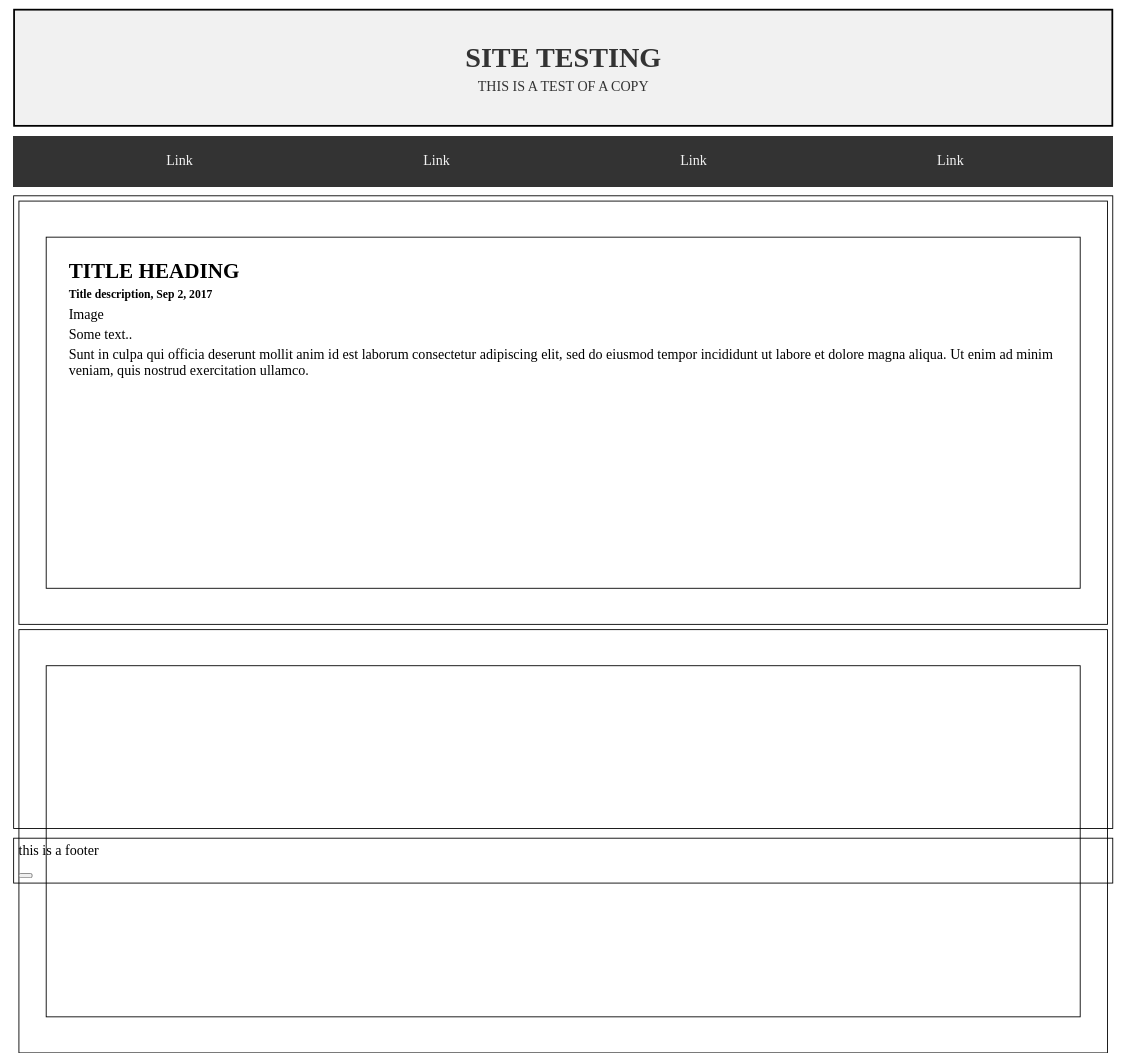
Repository: Larrowo/LPPA-2
Page: Clase 6/index.html
An editor plug-in stored every save of this project. The page is shown before and after the next save, followed by the edit.
The browser window is 1280 px wide. The pictures show the whole page, at 88% of full size.

Above is the page before, as saved 2022-05-30 14:09:48.

### Clase 6/index.html
<!DOCTYPE html>
<html lang="en">
  <head>
    <meta charset="UTF-8" />
    <meta http-equiv="X-UA-Compatible" content="IE=edge" />
    <meta name="viewport" content="width=device-width, initial-scale=1.0" />
    <title>Document</title>
    <link rel="stylesheet" href="/Clase 6/style.css" />
    <link rel="stylesheet" href="/Clase 6/mediaQrys.css" />
  </head>
  <body>
    <header class="siteHeader">
      <h1>SITE TESTING</h1>
      <p>THIS IS A TEST OF A COPY</p>
    </header>
    <nav class="navBar">
      <ul class="list">
        <li class="navItem"><a href="#">Link</a></li>
        <li class="navItem"><a href="#">Link</a></li>
        <li class="navItem"><a href="#">Link</a></li>
        <li class="navItem"><a href="#">Link</a></li>
      </ul>
    </nav>
    <div class="contentContainer">
      <div class="generalContainer">
          <article class="card">
            <h2>TITLE HEADING</h2>
            <h5>Title description, Sep 2, 2017</h5>
            <div class="fakeimg hidden">Image</div>
            <p>Some text..</p>
            <p>Sunt in culpa qui officia deserunt mollit anim id est laborum consectetur adipiscing elit, sed do eiusmod tempor incididunt ut labore et dolore magna aliqua. Ut enim ad minim veniam, quis nostrud exercitation ullamco.</p>
          </article>
      </div>
      <div class="deportesContainer">
          <article class="card"></article>
      </div>
      <div class="policialesContainer"></div>
      <div class="politicaContainer"></div>
    </div>
    <footer>
        <p>this is a footer</p>
        <button></button>
    </footer>
  </body>
</html>

### Clase 6/style.css
* {
  margin: 5px;
  box-sizing: border-box;
}

html,
body {
  height: 100%;
}

/* Site header */

.siteHeader {
  padding: 30px;
  text-align: center;
  color: #333;
  background-color: #f1f1f1;
  border: 2px solid black;
  margin-bottom: 10px;
}

.siteheader h1 {
  font-size: 50px;
}

/* navBar */

nav {
  background-color: #333;
  margin-bottom: 10px;
}

.navBar {
  position: sticky;
  top: 0;
}
.navItem {
  margin: 0px;
  display: inline-block;
  padding: 20px 0;
  width: 24%;
  text-align: center;
}

.navItem > a {
  text-decoration: none;
  color: #f2f2f2;
}

.navItem a:hover {
  color: aqua;
}

/* Contenido */

.card {
  border: 1px solid black;
  padding: 20px;
  margin: 20px 10px;
  height: 400px;
  width: 100%;
}

.contentContainer {
  border: 1px solid black;
  height: 100%;
  margin-bottom: 10px;
}

.generalContainer{
    border: 1px solid black;
    padding:20px;
    display: flex;
    justify-content: center;
}

.deportesContainer{
    border: 1px solid black;
    padding:20px;
    display: flex;
    justify-content: center;
}

/* Footer */

footer {
  border: 1px solid black;
}

Loaded but not shown: Clase 6/mediaQrys.css (no stored copy; drawn as an empty file)

After the next save:
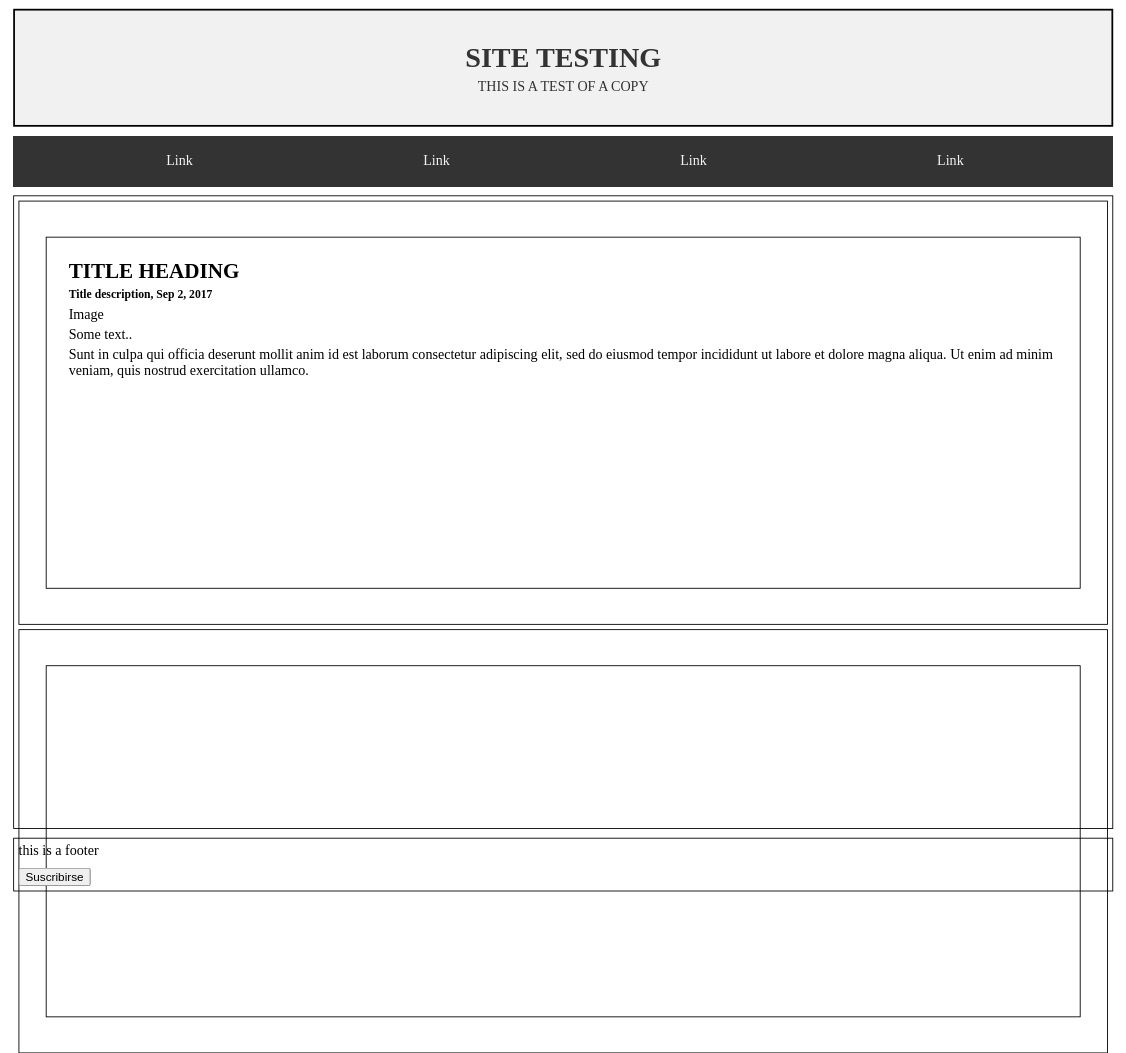
Saved 8 s later.
--- a/Clase 6/index.html
+++ b/Clase 6/index.html
@@ -39,7 +39,7 @@
     </div>
     <footer>
         <p>this is a footer</p>
-        <button></button>
+        <button>Suscribirse</button>
     </footer>
   </body>
 </html>
